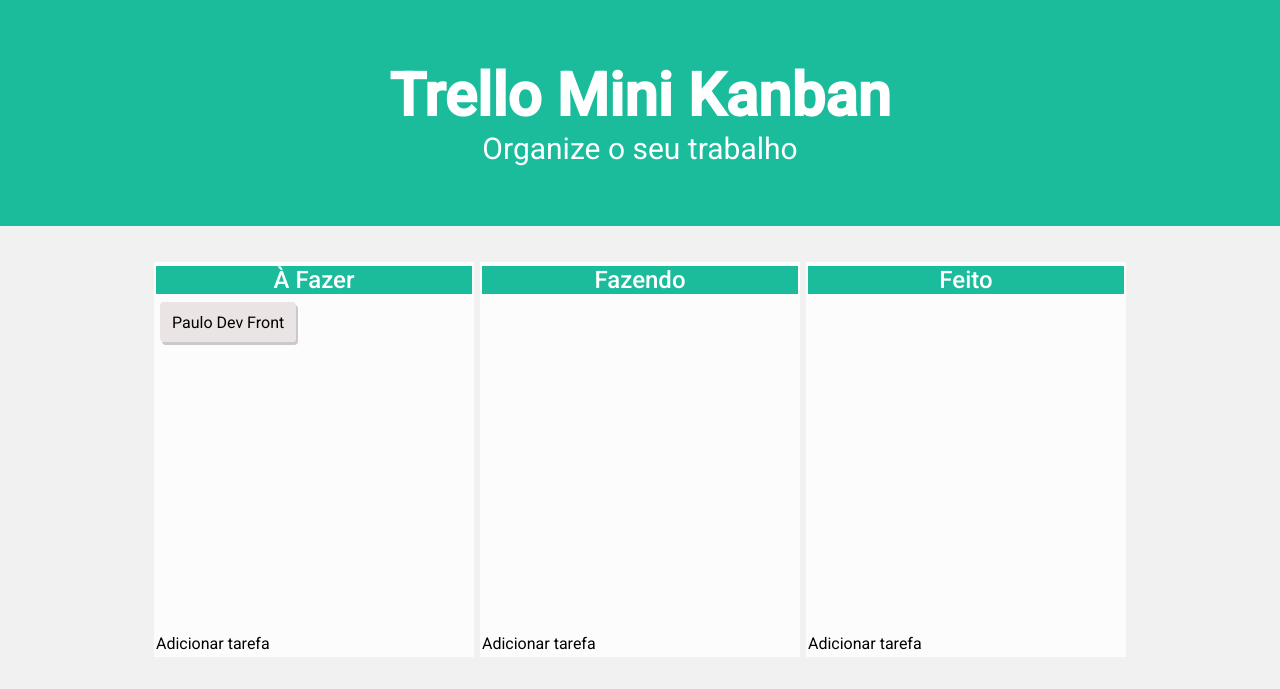
Repository: douglasabnovato/byteclass
Page: trello-mini-kanban/index.html
The author's editor kept a copy of each file at every save. The page is drawn from the files as they stood at one save, then again after the next save.
The browser window is 1280 px wide. The pictures show the whole page.

Above is the page before, as saved 2025-07-31 21:22:52.

### trello-mini-kanban/index.html
<!DOCTYPE html>
<html>
  <head>
    <meta charset="UTF-8" />
    <meta http-equiv="X-UA-Compatible" content="IE=edge" />
    <meta name="viewport" content="width=device-width, initial-scale=1.0" />
    <link
      rel="stylesheet"
      href="https://cdnjs.cloudflare.com/ajax/libs/font-awesome/4.7.0/css/font-awesome.min.css"
    />
    <title>Trello Mini Kanban</title>
    <link rel="stylesheet" href="./style.css" />
  </head>

  <body>
    <div id="home" class="container content">
      <header>
        <h1>Trello Mini Kanban</h1>
        <p>Organize o seu trabalho</p>
      </header>

      <main>
        <div class="board">
          <h3 class="title">À Fazer</h3>
          <ul
            id="a-fazer"
            class="todo-list"
            ondrop="drop(event, this.id)"
            ondragover="over(event)"
          >
            <li>Paulo Dev Front</li>
          </ul>
          <div class="add-card" onclick="addCard(this)">
            <p>Adicionar tarefa</p>
          </div>
        </div>

        <div class="board">
          <h3 class="title">Fazendo</h3>
          <ul
            id="fazendo"
            class="todo-list"
            ondrop="drop(event, this.id)"
            ondragover="over(event)"
          ></ul>
          <div class="add-card" onclick="addCard(this)">
            <p>Adicionar tarefa</p>
          </div>
        </div>

        <div class="board">
          <h3 class="title">Feito</h3>
          <ul
            id="feito"
            class="todo-list"
            ondrop="drop(event, this.id)"
            ondragover="over(event)"
          ></ul>
          <div class="add-card" onclick="addCard(this)">
            <p>Adicionar tarefa</p>
          </div>
        </div>
      </main>
    </div>

    <script src="./script.js"></script>
  </body>
</html>

### trello-mini-kanban/style.css
@import url("https://fonts.googleapis.com/css2?family=Roboto:wght@100;300;400;500&display=swap");

* {
  box-sizing: border-box;
  margin: 0;
}

body {
  background-color: #f1f1f1;
  font-family: "Roboto", sans-serif;
}

header {
  padding: 60px;
  text-align: center;
  background: #1abc9c;
  color: white;
  font-size: 30px;
}

main {
  display: flex;
  flex-wrap: wrap;
  justify-content: center;
  padding-block: 36px;
  gap: 6px;
}

.board {
  display: flex;
  flex-direction: column;
  gap: 4px;
  padding-block: 4px;
  padding-inline: 2px;
  width: 320px;
  background-color: rgba(255, 255, 255, 0.8);
}

.board .title {
  background-color: #1abc9c;
  color: white;
  text-align: center;
  font-size: 24px;
  font-weight: 500;
}

.board ul {
  display: flex;
  flex-wrap: wrap;
  align-content: flex-start;
  min-height: 332px;
  padding: 4px;
  list-style-type: none;
  gap: 4px 10px;
}

.board ul li {
  display: flex;
  justify-content: space-between;
  align-items: center;
  min-width: 100px;
  height: 40px;
  padding: 8px 12px;
  background-color: rgba(232, 225, 225, 0.873);
  box-shadow: 2px 3px rgba(0, 0, 0, 0.2);
  border-radius: 4px;
}

/*

.board li:hover {
  cursor: move;
  background-color: rgba(200, 200, 200, 0.5);
  box-shadow: 2px 2px rgba(0, 0, 0, 0.4);
}

.board .todo-list .remove {
  width: 16px;
  height: 16px;
  border-radius: 50%;
  text-align: center;
  font-size: 12px;
  color: #c3c3c3;
}

.board .todo-list .remove:hover {
  cursor: pointer;
  background-color: lightcoral;
}

.board .add-card {
  background-color: rgba(200, 200, 200, 0.8);
  border-radius: 2px;
  box-shadow: 2px 2px rgba(0, 0, 0, 0.2);
  margin: 4px 4px;
}

.board .add-card:hover {
  background-color: rgba(192, 182, 182, 0.95);
  cursor: pointer;
  box-shadow: 2px 2px rgba(0, 0, 0, 0.4);
}

.board .add-card p {
  font-size: 16px;
  padding: 15px 10px;
  font-weight: 100;
}
*/

### trello-mini-kanban/script.js

// function addCard(element) {
//   const ulId = element.previousElementSibling.id;
//   const text = prompt("Qual é a tarefa?");
//   const board = document.getElementById(ulId);

//   const template = `
//     <li id="${new Date().getTime()}" draggable="true" ondragstart="drag(event)">
//         <p>${text}</p>
//         <p class="remove" onclick="removeCard(this)">x</p>
//     </li>
//   `;

//   board.innerHTML += template;
// }

// /* remover uma tarefa */
// function removeCard(element) {
//   document.getElementById(element.parentElement.id).remove();
// }

// /* arrastar uma tarefa entre os quadros */
// function drag(event) {
//   event.dataTransfer.setData("card", event.target.id);
// }

// function over(event) {
//   event.preventDefault();
// }

// function drop(event, id) {
//   event.preventDefault();

//   const target = document.getElementById(id);
//   const data = event.dataTransfer.getData("card");
//   const card = document.getElementById(data);

//   target.appendChild(card);
//   event.dataTransfer.clearData();
// }

After the next save:
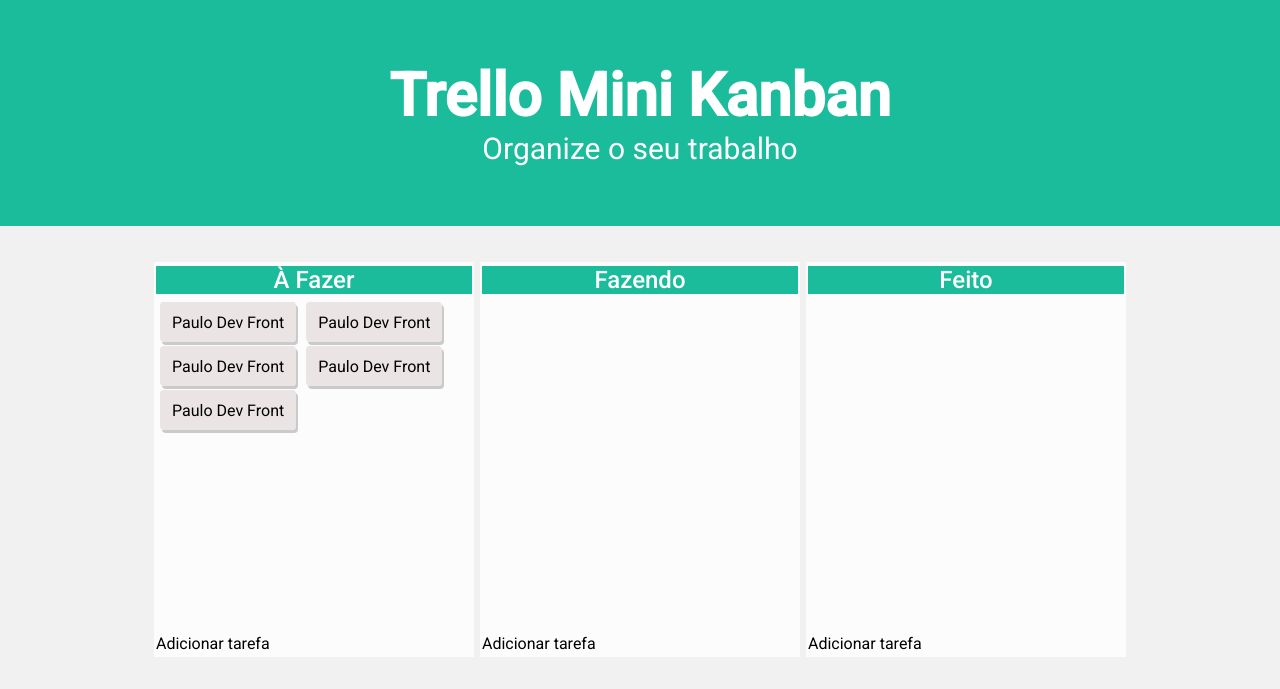
Saved 10 s later.
--- a/trello-mini-kanban/index.html
+++ b/trello-mini-kanban/index.html
@@ -28,6 +28,10 @@
             ondrop="drop(event, this.id)"
             ondragover="over(event)"
           >
+            <li>Paulo Dev Front</li>
+            <li>Paulo Dev Front</li>
+            <li>Paulo Dev Front</li>
+            <li>Paulo Dev Front</li>
             <li>Paulo Dev Front</li>
           </ul>
           <div class="add-card" onclick="addCard(this)">
